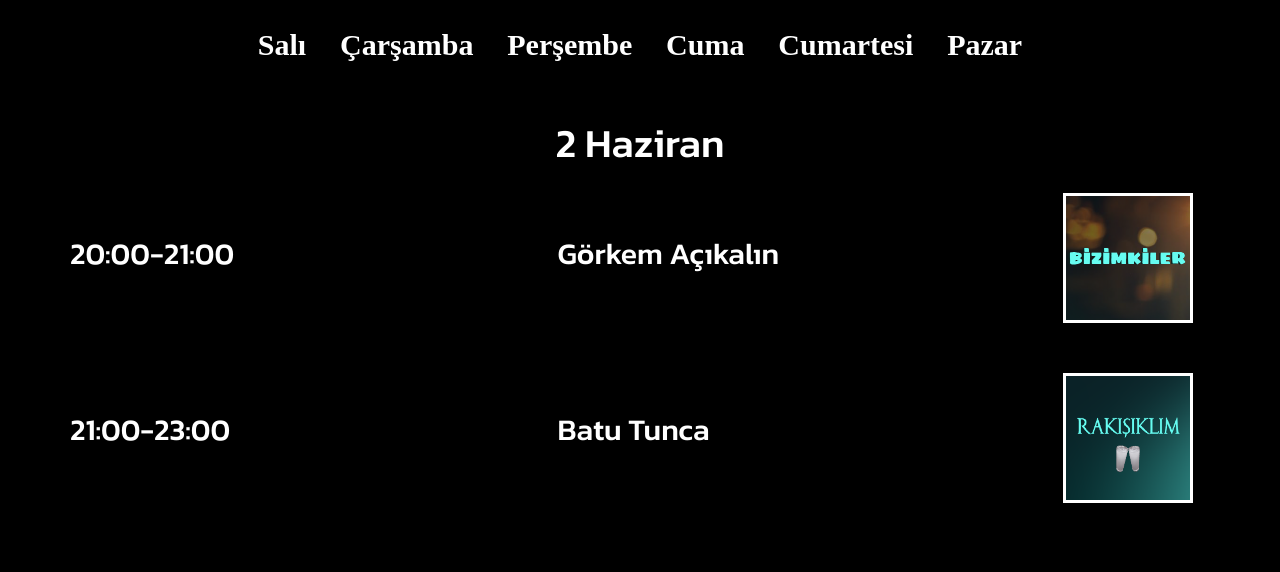
Repository: kaanistemi/program
Page: index.html
The author's editor kept a record of every edit. The page is drawn from the files as they stood at one moment, then again after the next edit.
The browser window is 1280 px wide. The pictures show the whole page.

Above is the page before.

### index.html
<!DOCTYPE html>
<html lang="en">

<head>
    <title>Bootstrap Example</title>
    <meta charset="utf-8">
    <meta name="viewport" content="width=device-width, initial-scale=1">
    <link href="https://fonts.googleapis.com/css2?family=Kanit:wght@500&display=swap" rel="stylesheet">
    <link rel="stylesheet" href="https://maxcdn.bootstrapcdn.com/bootstrap/3.4.1/css/bootstrap.min.css">
    <script src="https://ajax.googleapis.com/ajax/libs/jquery/3.5.1/jquery.min.js"></script>
    <script src="https://maxcdn.bootstrapcdn.com/bootstrap/3.4.1/js/bootstrap.min.js"></script>
    <link rel="stylesheet" type="text/css" href="assets/css/style.css">
</head>


<body>


    <div class="container">

        <ul class="nav navbar-nav navbar-collapse navbar-light-2 tabsBtn">
            <li class="active"><a data-toggle="pill" href="#home" class="gunler"><strong>Salı</strong></a></li>
            <li><a data-toggle="pill" href="#menu2" class="gunler"><strong>Çarşamba</strong></a></li>
            <li><a data-toggle="pill" href="#menu3" class="gunler"><strong>Perşembe</strong></a></li>
            <li><a data-toggle="pill" href="#menu4" class="gunler"><strong>Cuma</strong></a></li>
            <li><a data-toggle="pill" href="#menu5" class="gunler"><strong>Cumartesi</strong></a></li>
            <li><a data-toggle="pill" href="#menu6" class="gunler"><strong>Pazar</strong></a></li>
        </ul>
    </div>

    <div class="tab-content">
        <div id="home" class="tab-pane fade in active mt-5">
            <div class="container">
                <div class="row">
                    <h2 class="event-baslik">
                        <center>2 Haziran</h2>
                    </center>

                    <div class="col-md-5">
                        <p>20:00-21:00</p>
                    </div>
                    <div class="col-md-5">
                        <p>Görkem Açıkalın</p>
                    </div>
                    <div class="col-md-2">
                        <center><img src=assets/images/100x100gorkembzmklr.png alt="Istanbul1" class="rounded-circle" height=130 width=130></center>
                    </div>

                </div>
            </div>
            <div class="container">
                <div class="row">
                    <h3>

                        </center>
                        <div class="col-md-5">
                            <p>21:00-23:00</p>
                        </div>
                        <div class="col-md-5">
                            <p>Batu Tunca</p>
                        </div>
                        <div class="col-md-2">
                            <center><img src=assets/images/Rakisiklim_100x100.png alt="Istanbul1" class="rounded-circle" height=130 width=130></center>
                        </div>
                </div>
            </div>
        </div>
        <div id="menu2" class="tab-pane fade">
            <div class="container">
                <div class="row">
                    <h2 class="event-baslik">
                        <center>3 Haziran</h2>
                    </center>

                    <div class="col-md-5">
                        <p>20:00-21:00</p>
                    </div>
                    <div class="col-md-5">
                        <p>Görkem Açıkalın</p>
                    </div>
                    <div class="col-md-2">
                        <center><img src=assets/images/FunkySoul_100x100.png alt="Istanbul1" class="rounded-circle" height=130 width=130></center>
                    </div>

                </div>
            </div>
            <div class="container">
                <div class="row">
                    <h3>

                        </center>
                        <div class="col-md-5">
                            <p>21:00-22:00</p>
                        </div>
                        <div class="col-md-5">
                            <p>Arda Önkol</p>
                        </div>
                        <div class="col-md-2">
                            <center><img src=assets/images/Southern_Pipeline_100x100.png alt="Istanbul1" class="rounded-circle" height=130 width=130></center>
                        </div>
                </div>
            </div>

            <div class="container">
                <div class="row">
                    <h3>

                        </center>
                        <div class="col-md-5">
                            <p>22:00-23:00</p>
                        </div>
                        <div class="col-md-5">
                            <p>Kıvanç Hasançebi</p>
                        </div>
                        <div class="col-md-2">
                            <center><img src=assets/images/T_Rap_100X100.png alt="Istanbul1" class="rounded-circle" height=130 width=130></center>
                        </div>
                </div>
            </div>


        </div>
        <div id="menu3" class="tab-pane fade">
            <div class="container">
                <div class="row">
                    <h2 class="event-baslik">
                        <center>4 Haziran</h2>
                    </center>

                    <div class="col-md-5">
                        <p>20:00-21:00</p>
                    </div>
                    <div class="col-md-5">
                        <p>Ece Misirli</p>
                    </div>
                    <div class="col-md-2">
                        <center><img src=assets/images/FunkySoul_100x100.png alt="Istanbul1" class="rounded-circle" height=130 width=130></center>
                    </div>

                </div>
            </div>
            <div class="container">
                <div class="row">
                    <h3>

                        </center>
                        <div class="col-md-5">
                            <p>21:00-22:00</p>
                        </div>
                        <div class="col-md-5">
                            <p>Kıvanç Hasançebi</p>
                        </div>
                        <div class="col-md-2">
                            <center><img src=assets/images/chilli_boom_Program_100x100.png alt="Istanbul1" class="rounded-circle" height=130 width=130></center>
                        </div>
                </div>
            </div>

            <div class="container">
                <div class="row">
                    <h3>

                        </center>
                        <div class="col-md-5">
                            <p>22:00-23:00</p>
                        </div>
                        <div class="col-md-5">
                            <p>Mertcan Özer</p>
                        </div>
                        <div class="col-md-2">
                            <center><img src=assets/images/Serial_Chiller_100x100.png alt="Istanbul1" class="rounded-circle" height=130 width=130></center>
                        </div>
                </div>
            </div>

        </div>

        <div id="menu4" class="tab-pane fade">
            <div class="container">
                <div class="row">
                    <h2 class="event-baslik">
                        <center>5 Haziran</h2>
                    </center>

                    <div class="col-md-5">
                        <p>21:00-22:00</p>
                    </div>
                    <div class="col-md-5">
                        <p>Arınç Demirtaş</p>
                    </div>
                    <div class="col-md-2">
                        <center><img src=assets/images/mcrowave100.png alt="Istanbul1" class="rounded-circle" height=130 width=130></center>
                    </div>

                </div>
            </div>
            <div class="container">
                <div class="row">
                    <h3>

                        </center>
                        <div class="col-md-5">
                            <p>22:00-23:00</p>
                        </div>
                        <div class="col-md-5">
                            <p>Gökhan Altunkaya</p>
                        </div>
                        <div class="col-md-2">
                            <center><img src=assets/images/different100.png alt="Istanbul1" class="rounded-circle" height=130 width=130></center>
                        </div>
                </div>
            </div>

            <div class="container">
                <div class="row">
                    <h3>

                        </center>
                        <div class="col-md-5">
                            <p>23:00-00:00</p>
                        </div>
                        <div class="col-md-5">
                            <p>Guest</p>
                        </div>
                        <div class="col-md-2">
                            <center><img src=assets/images/guest_mix_100x100.png alt="Istanbul1" class="rounded-circle" height=130 width=130></center>
                        </div>
                </div>
            </div>
            <div class="container">
                <div class="row">
                  <h3>
                        <div class="col-md-5">
                            <p>00:00-02:00</p>
                        </div>
                        <div class="col-md-5">
                            <p>SİMGE</p>
                        </div>
                        <div class="col-md-2">
                            <center><img src=assets/images/Dark_Basement_100x100.png alt="Istanbul1" class="rounded-circle" height=130 width=130></center>
                        </div>
                </div>
            </div>
        </div>

        <div id="menu5" class="tab-pane fade">
            <div class="container">
                <div class="row">
                    <h2 class="event-baslik">
                        <center>6 Haziran</h2>
                    </center>

                    <div class="col-md-5">
                        <p>21:00-22:00</p>
                    </div>
                    <div class="col-md-5">
                        <p>Arınç Demirtaş</p>
                    </div>
                    <div class="col-md-2">
                        <center><img src=assets/images/mcrowave100.png alt="Istanbul1" class="rounded-circle" height=130 width=130></center>
                    </div>

                </div>
            </div>
            <div class="container">
                <div class="row">
                    <h3>

                        </center>
                        <div class="col-md-5">
                            <p>22:00-23:00</p>
                        </div>
                        <div class="col-md-5">
                            <p>Gökhan Altunkaya</p>
                        </div>
                        <div class="col-md-2">
                            <center><img src=assets/images/different100.png alt="Istanbul1" class="rounded-circle" height=130 width=130></center>
                        </div>
                </div>
            </div>

            <div class="container">
                <div class="row">
                    <h3>

                        </center>
                        <div class="col-md-5">
                            <p>23:00-00:00</p>
                        </div>
                        <div class="col-md-5">
                            <p>Guest</p>
                        </div>
                        <div class="col-md-2">
                            <center><img src=assets/images/guest_mix_100x100.png alt="Istanbul1" class="rounded-circle" height=130 width=130></center>
                        </div>
                </div>
            </div>

            <div class="container">
                <div class="row">
                    <h3>

                        </center>
                        <div class="col-md-5">
                            <p>00:00-02:00</p>
                        </div>
                        <div class="col-md-5">
                            <p>Korcan Atila</p>
                        </div>
                        <div class="col-md-2">
                            <center><img src=assets/images/Dark_Basement_100x100.png alt="Istanbul1" class="rounded-circle" height=130 width=130></center>
                        </div>
                </div>
            </div>
        </div>

        <div id="menu6" class="tab-pane fade">
            <div class="container">
                <div class="row">
                    <h2 class="event-baslik">
                        <center>7 Haziran</h2>
                    </center>

                    <div class="col-md-5">
                        <p>19:00-20:00</p>
                    </div>
                    <div class="col-md-5">
                        <p>Odul</p>
                    </div>
                    <div class="col-md-2">
                        <center><img src=assets/images/FunkySoul_100x100.png alt="Istanbul1" class="rounded-circle" height=130 width=130></center>
                    </div>

                </div>
            </div>


            <div class="container">
                <div class="row">
                    <h3>

                        </center>
                        <div class="col-md-5">
                            <p>20:00-21:00</p>
                        </div>
                        <div class="col-md-5">
                            <p>Kıvanç Hasançebi</p>
                        </div>
                        <div class="col-md-2">
                            <center><img src=assets/images/FunkySoul_100x100.png alt="Istanbul1" class="rounded-circle" height=130 width=130></center>
                        </div>
                </div>
            </div>
            <div class="container">
                <div class="row">
                    <h3>

                        </center>
                        <div class="col-md-5">
                            <p>21:00-23:00</p>
                        </div>
                        <div class="col-md-5">
                            <p>Mertcan Özer</p>
                        </div>
                        <div class="col-md-2">
                            <center><img src=assets/images/pazar_sarkıları_100x100.png alt="Istanbul1" class="rounded-circle" height=130 width=130></center>
                        </div>
                </div>
            </div>
        </div>
    </div>
    <script>
        $(".tabsBtn").on("click",'.gunler', function(){
          $(".tabsBtn .gunler").removeClass("active");
          $(this).addClass("active");

        });
    </script>

</body>

</html>

### assets/css/style.css
body {
    background-color: #000000;
}



.navbar-nav {
    float: none;
    text-align: center;
    margin-right: 100px;
}

.navbar-nav li {
    display: inline-block;
    float: none;

}

.border {
      border-bottom: 3px dashed #66FCF1 ;
      margin-top:50px;


}

.col-md-5 {
    font-size: 30px;
    margin-top: 50px;
    color: #fff;
    font-family: 'Kanit', sans-serif;
}

.event-baslik {
    color: #fff;
}

.rounded-circle {
    margin-top: 10px;
    border: #fff solid 3px;
}

.event-baslik {
    font-size: 40px;
    line-height: 60px;
    font-family: 'Kanit', sans-serif;

}

.gunler {
    font-size: 25px;
    color: #fff;
}

.container {
    margin-top: 20px;
}

.day-blue {
    color: #66FCF1;
    font-size: 30px;
    font-family: 'Kanit', sans-serif;
}

.navbar-light-2 a:hover {

  color: #66FCF1;
  background-color: #000;
}

.navbar-light-2 li a:hover {
  background-color: #000000;
  font-size: 200%;

}

.active{
    background:#000000 !important ;
    color: #66FCF1 !important;

}

@media screen and (min-width: 930px) {
  .col-md-5
  {
   ;
  }
}


@media screen and (max-width: 931px) {
  .col-md-5 {
    text-align: center;
    line-height: 13px;
  }
}

.gunler {
  color: #fff;
  margin: 0 0 3px 0;
  font-family: 'Righteous', cursive;
  font-size: 30px;
}

After the next edit:
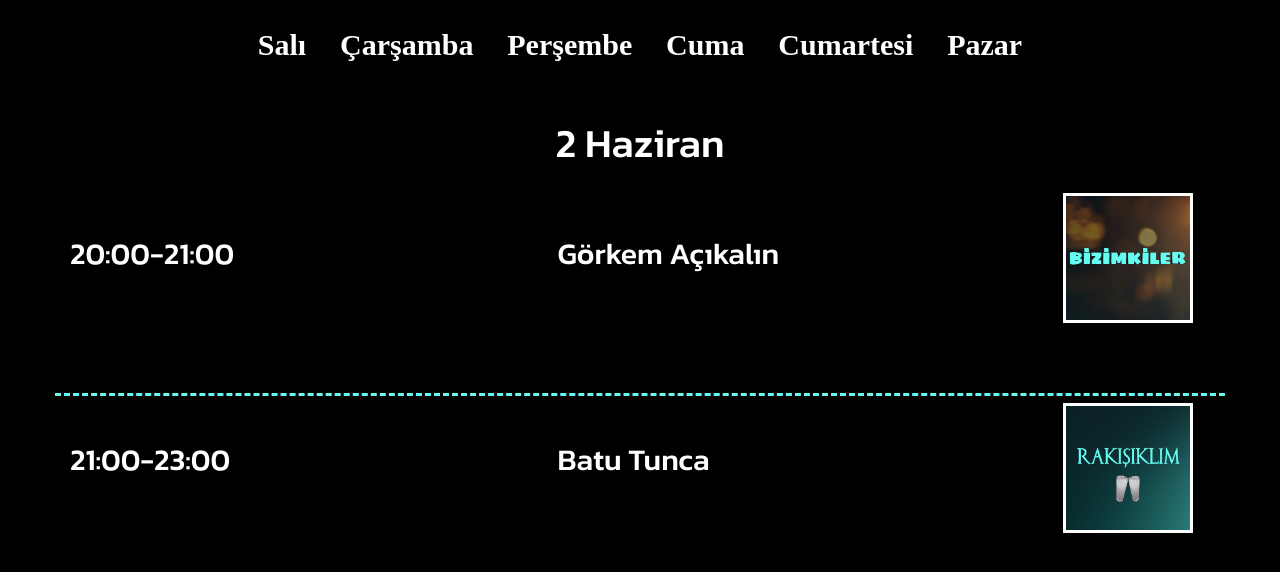
The edit:
--- a/index.html
+++ b/index.html
@@ -62,6 +62,7 @@
                         <div class="col-md-2">
                             <center><img src=assets/images/Rakisiklim_100x100.png alt="Istanbul1" class="rounded-circle" height=130 width=130></center>
                         </div>
+                        <div class="border"></div>
                 </div>
             </div>
         </div>
